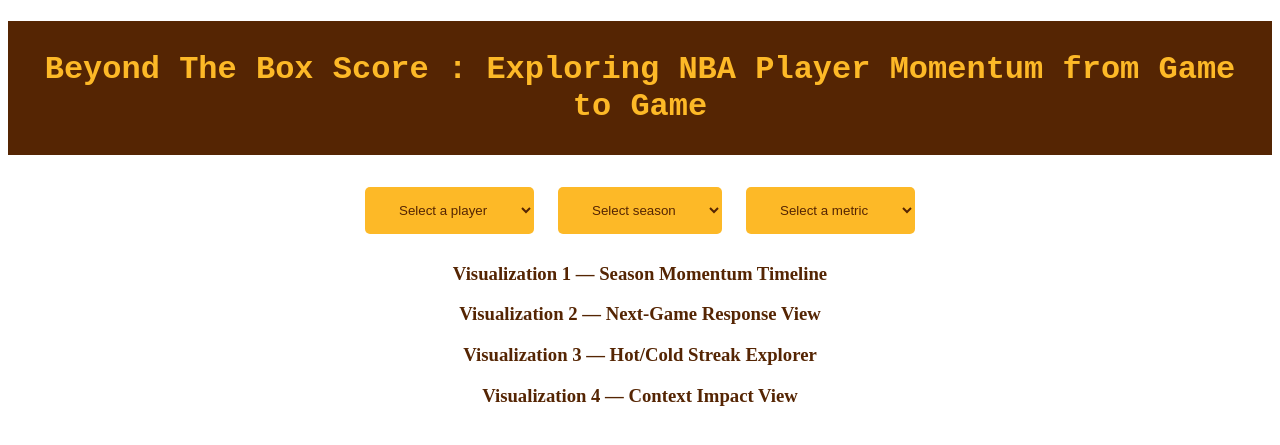
Repository: houdafatih/Data-Viz-Project
Page: index.html
An editor plug-in stored every save of this project. The page is shown before and after the next save, followed by the edit.
The browser window is 1280 px wide. The pictures show the whole page.

Above is the page before, as saved 2026-06-12 12:40:50.

### index.html
<!DOCTYPE html>
<html>
   <head>
    <meta charset="UTF-8"/>
    <title>Beyond The Box Score</title>
    <link rel="stylesheet" href="style.css" >
  </head>
  <body>
     <h1>Beyond The Box Score : Exploring NBA Player Momentum from Game to Game</h1>

     <div class="selection">
        <select id="select-player">
            <option value="">Select a player</option>
            <option value="Player1">Player1</option>
            <option value="Player2">Player2</option>
        </select>

        <select id="season-select">
            <option value="">Select season</option>
            <option value="23-24">2023-2024</option>
        </select>

        <select id="metric-select">
            <option value="">Select a metric</option>
            <option value="points">Points</option>
            <option value="fga">FGA</option>
        </select>
     </div>

     <div class="viz">
        <h3>Visualization 1 — Season Momentum Timeline</h3>
     </div>
    <div class="viz">
        <h3>Visualization 2 — Next-Game Response View</h3>
     </div>
     <div class="viz">
        <h3>Visualization 3 — Hot/Cold Streak Explorer</h3>
     </div>
     <div class="viz">
        <h3>Visualization 4 — Context Impact View</h3>
     </div>

  </body>
  <script src="https://d3js.org/d3.v7.min.js"></script>
  <script src="index.js"></script>
</html>

### style.css
body{
    padding: 0px;
}
h1{
  text-align: center;
  font-size: 2rem;
  font-family: "Courier New", Courier, monospace;
  color : #fdb927;
  background-color: #552503;
  padding: 30px;

}
.selection{
    text-align: center;
}
select{
    margin: 10px;
    padding: 15px 30px;
    border-radius: 5px;
    border: none;
    background: #fdb927;
    color:#552503;

}
select option:hover{
    background-color: #fdb927;
}
.viz{
    text-align: center;
}
h3{
    color: #552503;
    font-weight: bold;
}

Loaded but not shown: index.js (no copy from this time; the picture is the same without it)

After the next save:
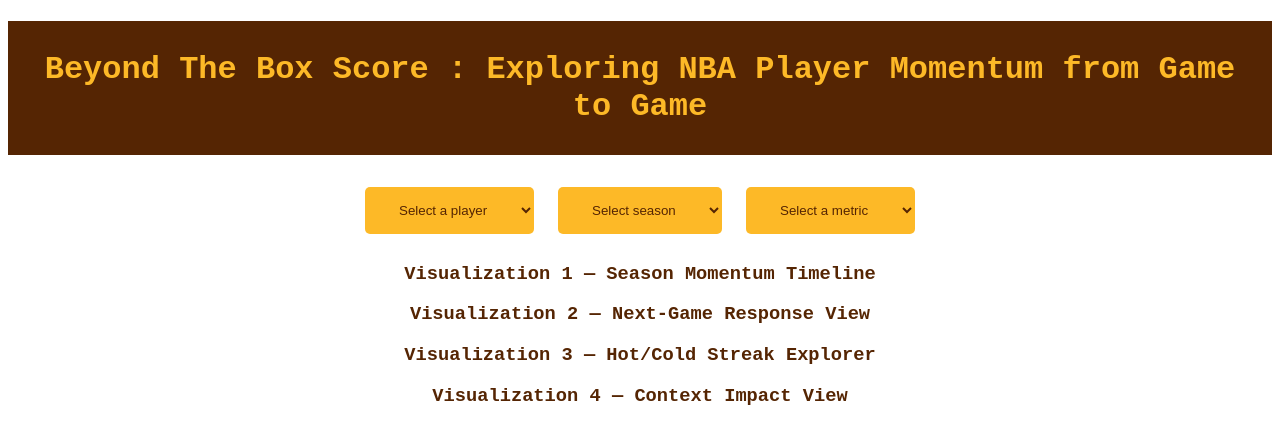
Saved 10 s later.
--- a/style.css
+++ b/style.css
@@ -30,5 +30,5 @@
 }
 h3{
     color: #552503;
-    font-weight: bold;
+    font-family: "Courier New", Courier, monospace;
 }
